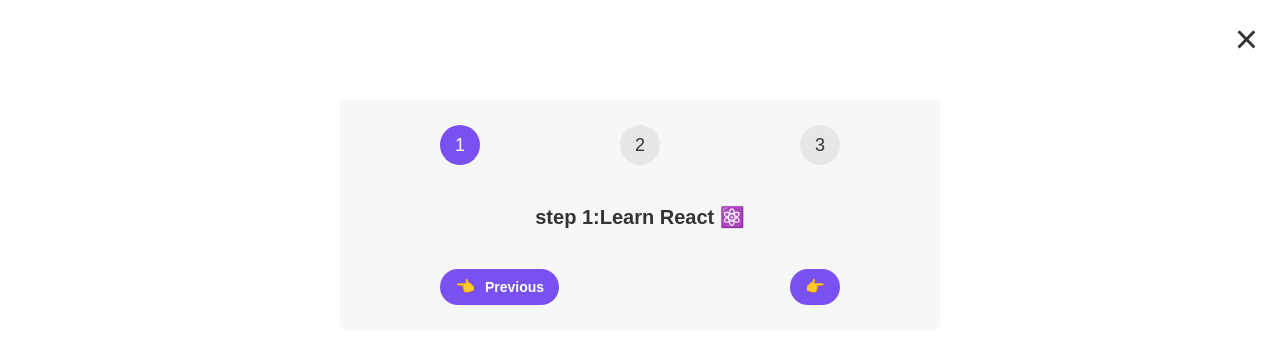
Repository: masamichan/steps
Page: /
An editor plug-in stored every save of this project. The page is shown before and after the next save, followed by the edit.
The browser window is 1280 px wide. The pictures show the whole page.
The project was rebuilt for these pictures with package versions that can differ from the ones it lists, and the page was loaded fresh each time.

Above is the page before, as saved 2024-01-23 09:25:40.

After the next save:
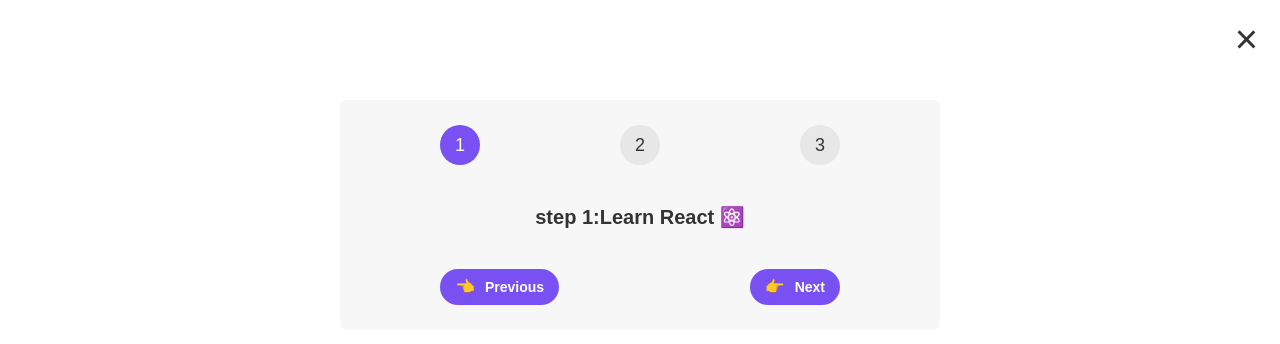
Saved 25 s later.
--- a/src/App.js
+++ b/src/App.js
@@ -46,7 +46,7 @@ export default function App() {
               onClick={handleNext}
               Next
             >
-              <span>👉</span>
+              <span>👉</span> Next
             </Button>
           </div>
         </div>
